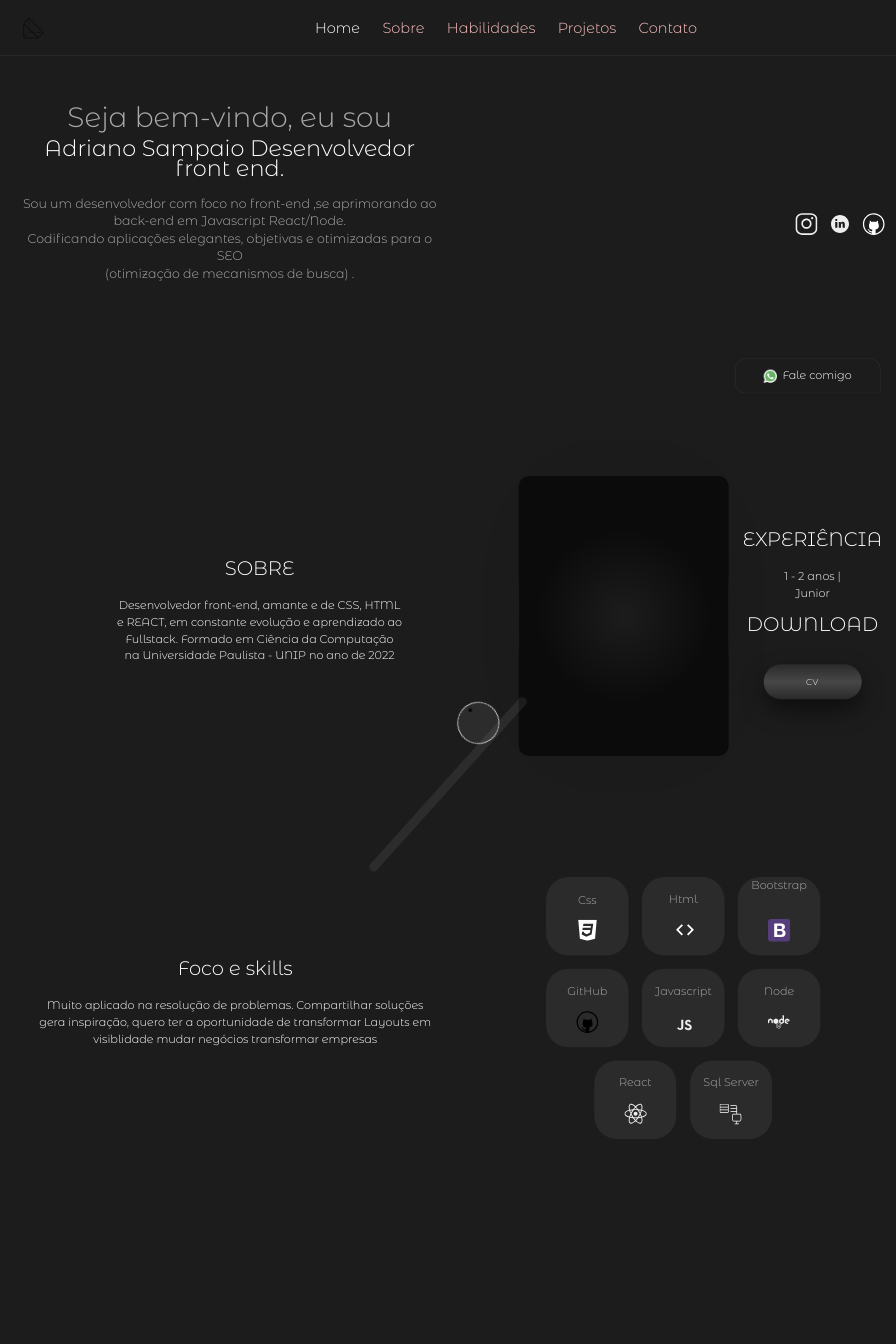
Repository: adrianodisam/NovoPortifolio
Page: /
An editor plug-in stored every save of this project. The page is shown before and after the next save, followed by the edit.
The browser window is 1280 px wide. The pictures show the part of the page from y = 0 to 1920 px (the page is 3024 px tall), at 70% of full size.
The project was rebuilt for these pictures with package versions that can differ from the ones it lists, and the page was loaded fresh each time. Imported but missing from the stored project, and not drawn on this page: src/componentes/Download/Adriano.pdf.

Above is the page before, as saved 2024-11-02 16:54:27.

After the next save:
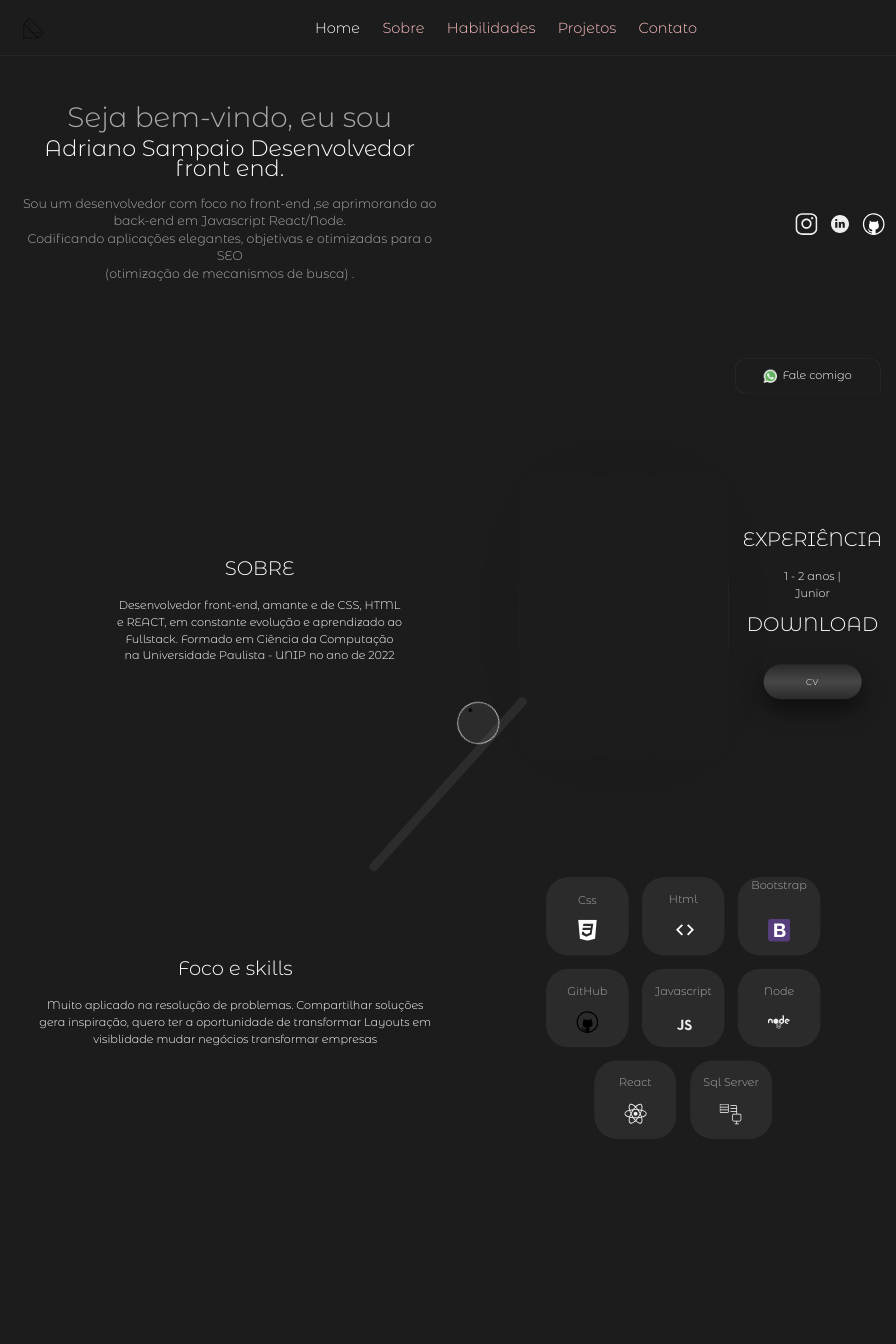
Saved 20 s later.
--- a/src/componentes/FotoSobre/FotoSobre.module.css
+++ b/src/componentes/FotoSobre/FotoSobre.module.css
@@ -24,8 +24,9 @@
   position: absolute;
   width: 300px; /* Um pouco maior que a imagem para o efeito de borda */
   height: 400px;
-
-background: radial-gradient(circle, rgba(28,28,28,1) 1%, rgba(11,11,11,1) 50%);
+  background: radial-gradient(circle, rgba(40, 40, 40, ) 50%, #1c1c1c 100%);
+  background: rgb(28,28,28);
+/* background: radial-gradient(circle, rgba(28,28,28,1) 1%, rgba(11,11,11,1) 50%); */
   border-radius: 15px;
   z-index: 0;
 }
